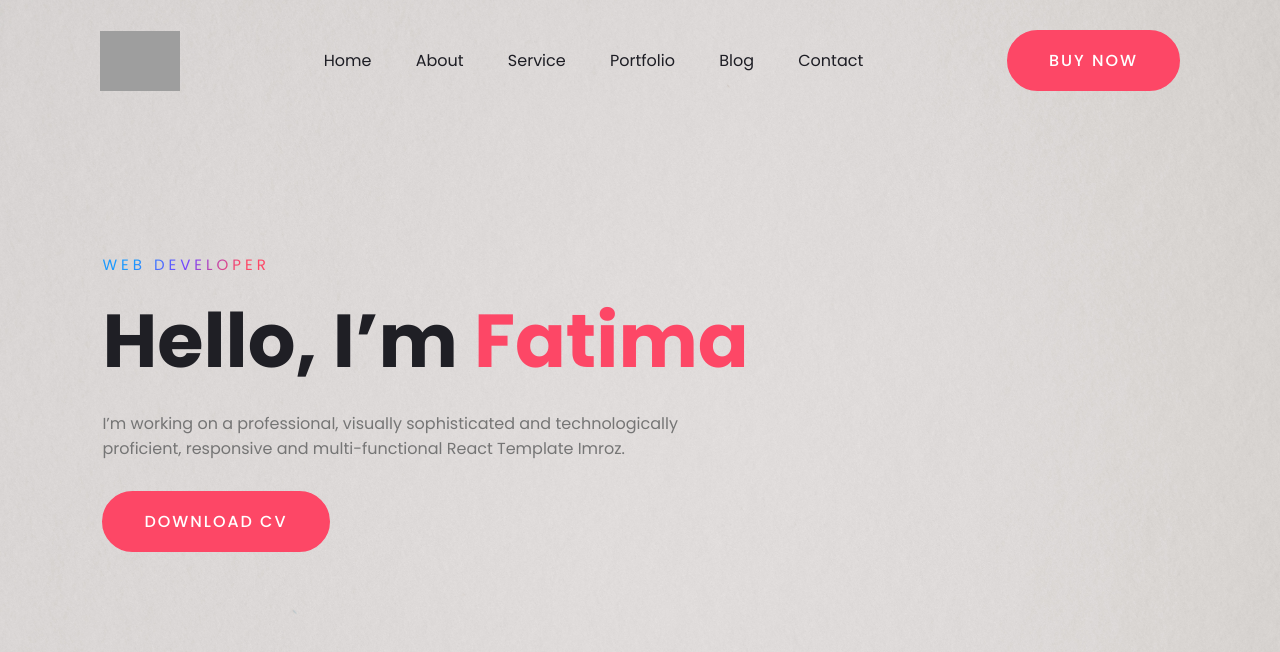
Repository: pilar122/port
Page: index.html
These files come from the project's save history. The page is drawn as it stood at one moment and after the next save; the edit follows.
The browser window is 1280 px wide. The pictures show the whole page.
Pictures or frames that could not be fetched are drawn as grey boxes.

Above is the page before, as saved 2022-01-29 11:30:27.

### index.html
<!DOCTYPE html>
<html lang="en">
<head>
    <meta charset="UTF-8">
    <title>Personal Portfolio Website</title>
    <!----CSS link----->
    <link rel="stylesheet" href="style.css">
</head>
<body>
    <div class="hero">
        <nav>
            <img src="./img/logo.png" class="logo">
            <ul>
                <li><a href="#">Home</a></li>
                <li><a href="#">About</a></li>
                <li><a href="#">Service</a></li>
                <li><a href="#">Portfolio</a></li>
                <li><a href="#">Blog</a></li>
                <li><a href="#">Contact</a></li>
            </ul>
            <a href="#" class="btn">Buy Now</a>
        </nav>
        <div class="content">
            <span class="title">Web Developer</span>
            <h1>Hello, I’m <span>Fatima</span></h1>
            <p>I’m working on a professional, visually sophisticated and technologically proficient, responsive and multi-functional React Template Imroz.</p>
            <a href="#" class="btn">Download CV</a>
        </div>
    </div>
</body>
</html>

### style.css
@import url('https://fonts.googleapis.com/css2?family=Poppins:wght@400;500;600;700&display=swap');
*{
    margin: 0;
    padding: 0;
    box-sizing: border-box;
    font-family: 'Poppins', sans-serif;
}
a{
    text-decoration: none;
}
.hero{
    width: 100%;
    height: 100vh;
    background: url(img/bg1.jpg);
    background-size: cover;
}
nav{
    display: flex;
    align-items: center;
    justify-content: space-between;
    padding: 30px 100px;
}
.logo{
    max-height: 60px;
}
nav ul li{
    list-style: none;
    display: inline-block;
    padding: 10px 20px;
}
nav ul li a{
    color: #1d1d24;
    position: relative;
    padding: 5px 0;
}
nav ul li a:hover{
    color: #fd4766;
}
nav ul li a:after{
    content: "";
    position: absolute;
    left: 0;
    width: 0;
    height: 3px;
    background: #fd4766;
    transition: .3s;
    bottom: 0;
}
nav ul li a:hover:after{
    width: 100%;
}
.btn{
    color: #fff;
    font-size: 16px;
    text-transform: uppercase;
    letter-spacing: 2px;
    padding: 16px 40px;
    border-radius: 500px;
    display: inline-block;
    font-weight: 500;
    transition: all .4s ease-in-out;
    background-size: 152% 100%;
    background: #fd4766;
    border: 2px solid #fd4766;
}
.btn:hover{
    background: transparent;
    border-color: #fd4766;
    color: #fd4766;
}
.content{
    position: absolute;
    top: 35%;
    left: 8%;
}
.content .title{
    color: #1f1f25;
    font-size: 15px;
    text-transform: uppercase;
    letter-spacing: 4px;
    display: inline-block;
    margin-bottom: 20px;
    background: linear-gradient(120deg, #1c99fe 20.69%, #7644ff 50.19%,#fd4766 79.69%);
    -webkit-background-clip: text;
    -webkit-text-fill-color: transparent;
}
.content h1{
    color: #1f1f25;
    font-size: 75px;
    font-weight: 900;
    line-height: 90px;
    text-transform: inherit;
    width: 70%;
}
.content h1 span{
    color: #fd4766;
}
.content p{
    width: 55%;
    color: #757575;
    margin-top: 25px;
    margin-bottom: 30px;
}

After the next save:
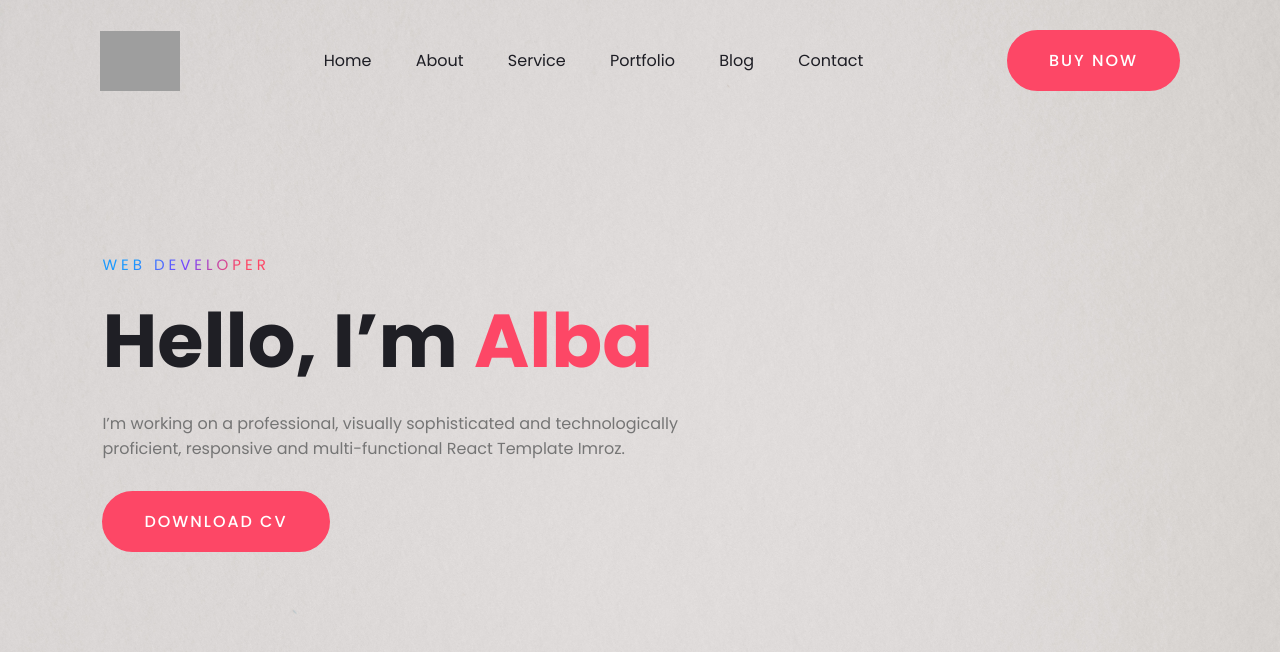
Saved 26 s later.
--- a/index.html
+++ b/index.html
@@ -22,7 +22,7 @@
         </nav>
         <div class="content">
             <span class="title">Web Developer</span>
-            <h1>Hello, I’m <span>Fatima</span></h1>
+            <h1>Hello, I’m <span>Alba</span></h1>
             <p>I’m working on a professional, visually sophisticated and technologically proficient, responsive and multi-functional React Template Imroz.</p>
             <a href="#" class="btn">Download CV</a>
         </div>
